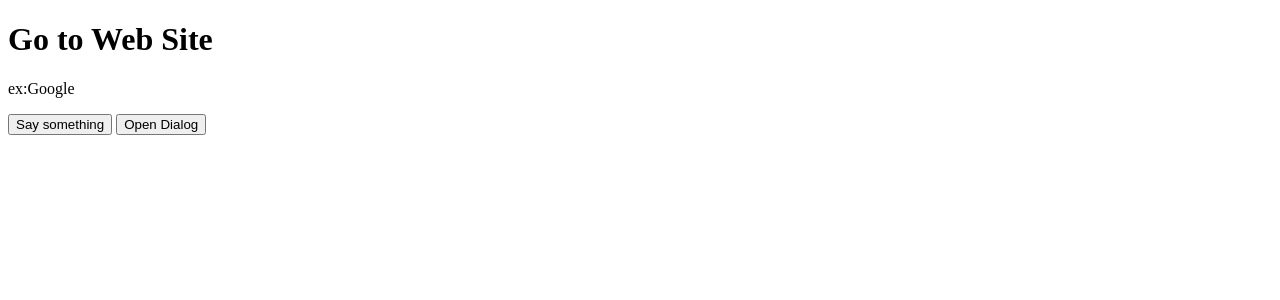
Repository: kenshiryu7/mdv-projects
Page: MDF3/project_4/Project4/assets/index.html
These files come from the project's save history. The page is drawn as it stood at one moment and after the next save; the edit follows.
The browser window is 1280 px wide. The pictures show the whole page.

Above is the page before, as saved 2013-02-27 17:23:37.
Console error: SyntaxError: Unexpected token ':'

After the next save:
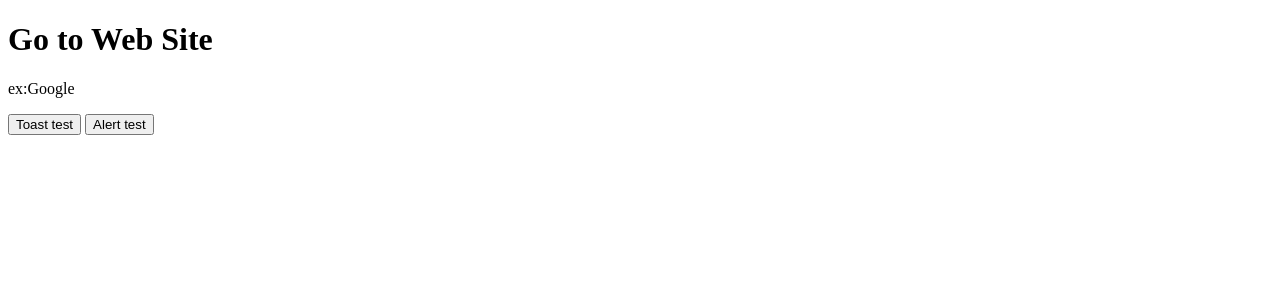
Saved 7 min 40 s later.
--- a/MDF3/project_4/Project4/assets/index.html
+++ b/MDF3/project_4/Project4/assets/index.html
@@ -11,9 +11,9 @@
 	<h1>Go to Web Site</h1>
 	<p id="webtext">ex:Google</p>
 
-	<input type="button" value="Say something" onClick="showAndroidToast('Yo Chump!')"/>
+	<input type="button" value="Toast test" onClick="showAndroidToast('Yo Chump!')"/>
 
-	<input type="button" value="Open Dialog" onClick="openAndroidDialog()"/>
+	<input type="button" value="Alert test" onClick="openAndroidDialog()"/>
 
 		<script language="javascript">
 
